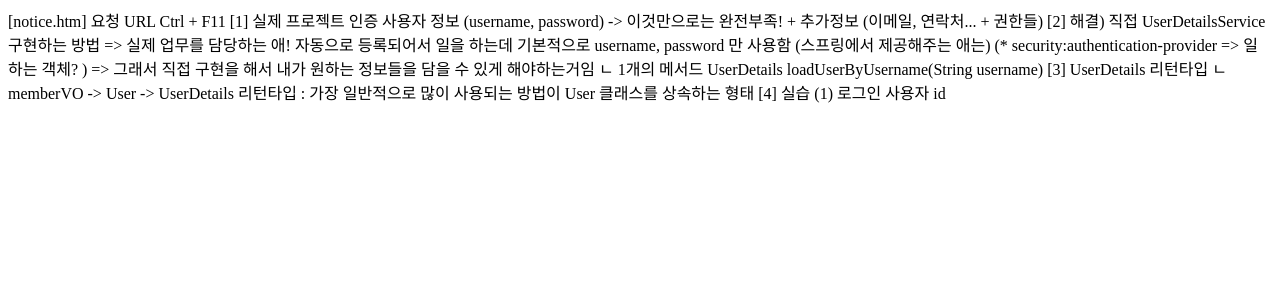
Repository: Vida0822/-
Page: SL11_SECURITY3_USERDETAILSSERVICE/src/main/webapp/customer/notice.htm
An editor plug-in stored every save of this project. The page is shown before and after the next save, followed by the edit.
The browser window is 1280 px wide. The pictures show the whole page.

Above is the page before, as saved 2023-07-05 02:19:30.

### SL11_SECURITY3_USERDETAILSSERVICE/src/main/webapp/customer/notice.htm
[notice.htm] 요청 URL
Ctrl + F11

[1] 실제 프로젝트
	인증 사용자 정보 (username, password) -> 이것만으로는 완전부족!
	+ 추가정보 (이메일, 연락처... + 권한들)

[2] 해결) 직접 UserDetailsService 구현하는 방법
=> 실제 업무를 담당하는 애! 자동으로 등록되어서 일을 하는데 기본적으로 username, password 만 사용함 (스프링에서 제공해주는 애는)
	(* security:authentication-provider  => 일하는 객체? )
=> 그래서 직접 구현을 해서 내가 원하는 정보들을 담을 수 있게 해야하는거임

	ㄴ 1개의 메서드
		UserDetails loadUserByUsername(String username)

[3] UserDetails 리턴타입
	ㄴ  memberVO -> User -> UserDetails 리턴타입
	: 가장 일반적으로 많이 사용되는 방법이 User 클래스를 상속하는 형태

[4] 실습
	(1)  로그인 사용자 id

After the next save:
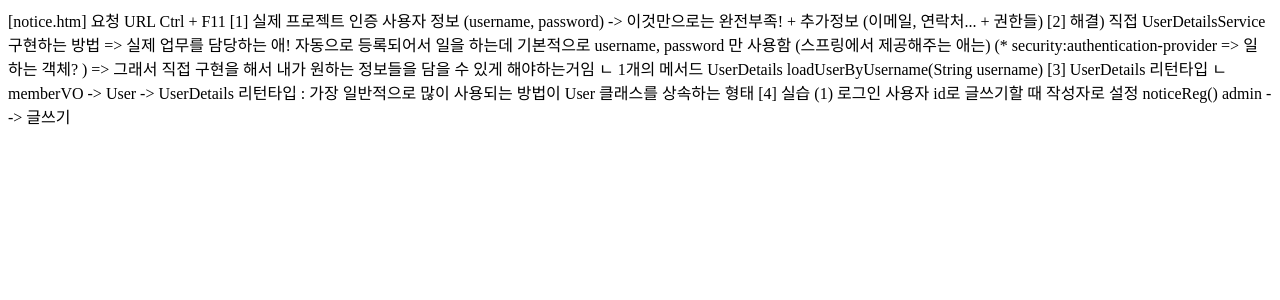
Saved 31 s later.
--- a/SL11_SECURITY3_USERDETAILSSERVICE/src/main/webapp/customer/notice.htm
+++ b/SL11_SECURITY3_USERDETAILSSERVICE/src/main/webapp/customer/notice.htm
@@ -18,4 +18,5 @@ Ctrl + F11
 	: 가장 일반적으로 많이 사용되는 방법이 User 클래스를 상속하는 형태
 
 [4] 실습
-	(1)  로그인 사용자 id
+	(1)  로그인 사용자 id로 글쓰기할 때 작성자로 설정
+	noticeReg()		admin --> 글쓰기
